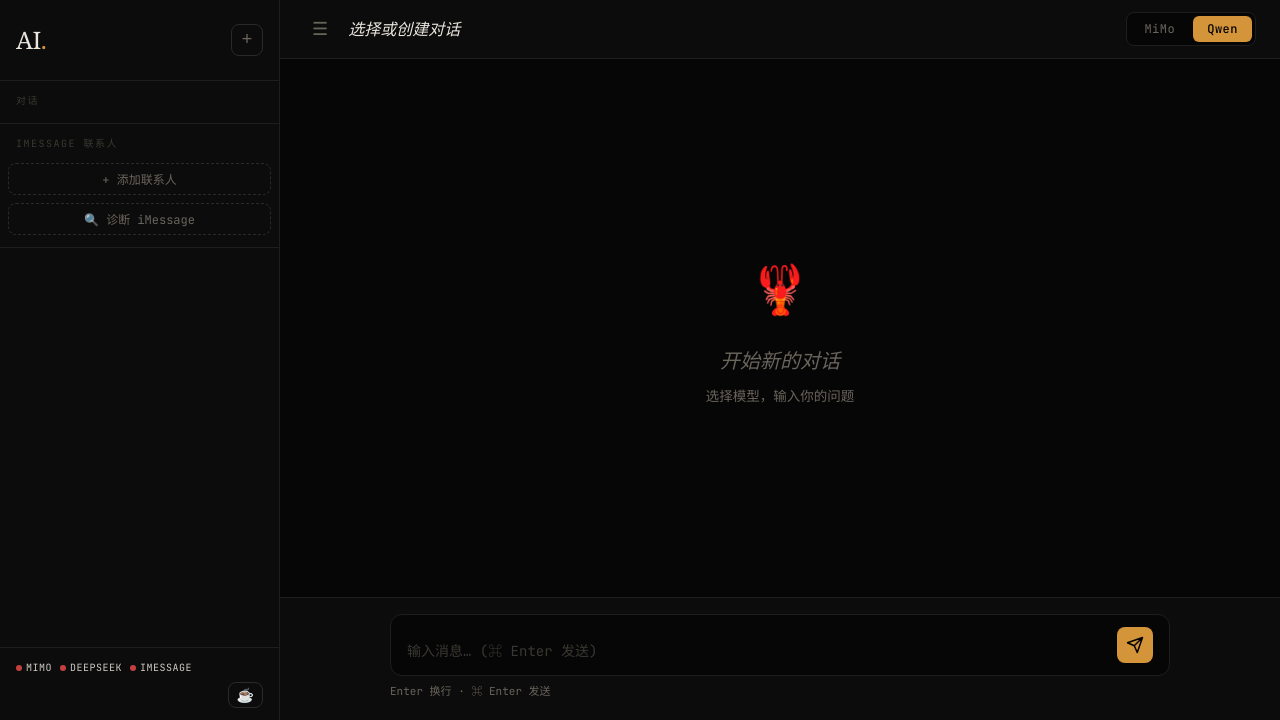
Repository: PenterZhang/Ai-Assistant-Localhost
Page: /
An editor plug-in stored every save of this project. The page is shown before and after the next save, followed by the edit.
The browser window is 1280 px wide. The pictures show the whole page.
The page's requests for data from a server got no answer. Some web fonts or font styles are not loaded; a fallback is used. The project was rebuilt for these pictures with package versions that can differ from the ones it lists, and the page was loaded fresh each time. No one was signed in, and anything a server would have sent is missing. Also part of the build but not shown: vite.config.ts, src/components/CodeBlock.tsx, src/components/MessageBubble.tsx, src/components/AddContactModal.tsx.

Above is the page before, as saved 2026-04-30 15:26:50.

### index.html
<!DOCTYPE html>
<html lang="zh-CN">
<head>
    <meta charset="UTF-8" />
    <meta name="viewport" content="width=device-width, initial-scale=1.0" />
    <title>AI Assistant</title>
    <link rel="icon" type="image/x-icon" href="/favicon.ico" />
    <link rel="preconnect" href="https://fonts.googleapis.com" />
    <link href="https://fonts.googleapis.com/css2?family=JetBrains+Mono:wght@300;400;500;600&family=Instrument+Serif:ital@0;1&display=swap" rel="stylesheet" />
</head>
<body>
    <div id="root"></div>
    <script type="module" src="/src/main.tsx"></script>
</body>
</html>

### src/main.tsx
import { createRoot } from "react-dom/client";
import App from "./App";

createRoot(document.getElementById("root")!).render(<App />);

### src/App.tsx
import { useState, useCallback } from "react";
import { Sidebar } from "./components/Sidebar";
import { ChatArea } from "./components/ChatArea";
import { AddContactModal } from "./components/AddContactModal";
import { useSessions } from "./hooks/useSessions";
import { useChat } from "./hooks/useChat";
import { useIMessage } from "./hooks/useIMessage";
import { useHealth } from "./hooks/useHealth";
import { api } from "./api";
import "./App.css";

export default function App() {
    const [model, setModel] = useState("qwen");
    const [sidebarOpen, setSidebarOpen] = useState(true);
    const [showContactModal, setShowContactModal] = useState(false);
    const [sleepActive, setSleepActive] = useState(false);

    const { sessions, currentId, create, select, remove, reload: reloadSessions } = useSessions();
    const { messages, streaming, send } = useChat(currentId, model);
    const { contacts, add: addContact, remove: removeContact } = useIMessage();
    const health = useHealth();

    const currentSession = sessions.find(s => s.id === currentId);
    const title = currentSession?.title || "选择或创建对话";

    const handleSend = useCallback(async (text: string) => {
        // ✅ 先确保有 sessionId，再调 send
        let sid = currentId;
        if (!sid) {
            const newSession = await create(model);
            sid = newSession.id;
        }
        if (!sid) return;
        await send(text, sid);
        await reloadSessions();
    }, [currentId, model, send, create, reloadSessions]);


    const handleNew = useCallback(async () => {
        await create(model);
    }, [model, create]);

    const handleToggleSleep = useCallback(async () => {
        const r = await api.sleep.toggle();
        setSleepActive(r.preventing);
    }, []);

    return (
        <div id="app">
            <Sidebar
                sessions={sessions}
                currentId={currentId}
                onSelect={select}
                onDelete={remove}
                onNew={handleNew}
                contacts={contacts}
                onAddContact={() => setShowContactModal(true)}
                onDeleteContact={removeContact}
                health={health}
                sleepActive={sleepActive}
                onToggleSleep={handleToggleSleep}
            />
            <ChatArea
                title={title}
                messages={messages}
                streaming={streaming}
                model={model}
                onModelChange={setModel}
                onSend={handleSend}
                onMenuToggle={() => setSidebarOpen(o => !o)}
            />
            {showContactModal && (
                <AddContactModal
                    onAdd={async (data) => { await addContact(data); setShowContactModal(false); }}
                    onClose={() => setShowContactModal(false)}
                />
            )}
        </div>
    );
}

### src/components/Sidebar.tsx
import type { Session, IMContact } from "../types";
import { useState } from "react";

interface Props {
    sessions: Session[];
    currentId: string | null;
    onSelect: (id: string) => void;
    onDelete: (id: string) => void;
    onNew: () => void;
    contacts: IMContact[];
    onAddContact: () => void;
    onDeleteContact: (handleId: string) => void;
    health: Record<string, boolean>;
    sleepActive: boolean;
    onToggleSleep: () => void;
}

export function Sidebar({
    sessions, currentId, onSelect, onDelete, onNew,
    contacts, onAddContact, onDeleteContact,
    health, sleepActive, onToggleSleep,
}: Props) {
    const [diagnosing, setDiagnosing] = useState(false);

    const handleDiagnose = async () => {
        setDiagnosing(true);
        try {
            const r = await fetch("/api/imessage/diagnose");
            const d = await r.json();
            alert(d.issues.join("\n"));
        } catch (e) {
            alert("诊断失败: " + (e as Error).message);
        } finally {
            setDiagnosing(false);
        }
    };

    return (
        <aside id="sidebar">
            <div className="sidebar-head">
                <h1 className="logo">AI<span className="dot">.</span></h1>
                <button id="btn-new" onClick={onNew} title="新对话">+</button>
            </div>

            <div className="sidebar-section">
                <div className="section-label">对话</div>
                <div className="sessions">
                    {sessions.map(s => (
                        <div key={s.id} className={`si${currentId === s.id ? " on" : ""}`} onClick={() => onSelect(s.id)}>
                            <span className="t">{s.title}</span>
                            {s.source === "imessage" && <span className="badge-im">iMsg</span>}
                            <button className="xd" onClick={e => { e.stopPropagation(); onDelete(s.id); }}>×</button>
                        </div>
                    ))}
                </div>
            </div>

            <div className="sidebar-section">
                <div className="section-label">iMessage 联系人</div>
                <div className="contacts">
                    {contacts.map(c => (
                        <div key={c.handle_id} className="ci">
                            <span className="t">{c.name || c.handle_id}</span>
                            <span className={`badge ${c.auto_reply ? "on" : "off"}`}>
                                {c.auto_reply ? "自动" : "静默"}
                            </span>
                            <button className="xd" onClick={() => onDeleteContact(c.handle_id)}>×</button>
                        </div>
                    ))}
                </div>
                <button className="btn-sm" onClick={onAddContact}>+ 添加联系人</button>
                <button
                    className="btn-sm"
                    onClick={handleDiagnose}
                    disabled={diagnosing}
                    style={{ marginTop: 4 }}
                >
                    {diagnosing ? "诊断中..." : "🔍 诊断 iMessage"}
                </button>
            </div>

            <div className="sidebar-foot">
                <div className="health">
                    {Object.entries(health).map(([k, v]) => (
                        <span key={k}><i className={`dot-s ${v ? "ok" : "err"}`} />{k}</span>
                    ))}
                </div>
                <div className="foot-row">
                    <div className="model-tag" />
                    <button
                        className={`btn-sleep${sleepActive ? " active" : ""}`}
                        onClick={onToggleSleep}
                        title="阻止系统休眠"
                    >
                        ☕
                    </button>
                </div>
            </div>
        </aside>
    );
}

### src/components/ChatArea.tsx
import { useRef, useEffect } from "react";
import type { Message } from "../types";
import { MessageBubble } from "./MessageBubble";
import { InputBar } from "./InputBar";

interface Props {
    title: string;
    messages: Message[];
    streaming: boolean;
    model: string;
    onModelChange: (m: string) => void;
    onSend: (text: string) => void;
    onMenuToggle: () => void;
}

export function ChatArea({ title, messages, streaming, model, onModelChange, onSend, onMenuToggle }: Props) {
    const msgsRef = useRef<HTMLDivElement>(null);
    const autoScroll = useRef(true);

    const handleScroll = () => {
        const el = msgsRef.current;
        if (!el) return;
        autoScroll.current = el.scrollHeight - el.scrollTop - el.clientHeight < 100;
    };

    useEffect(() => {
        if (autoScroll.current && msgsRef.current) {
            msgsRef.current.scrollTop = msgsRef.current.scrollHeight;
        }
    }, [messages]);

    return (
        <main id="main">
            <header id="header">
                <div className="h-left">
                    <button className="icon-btn" onClick={onMenuToggle}>☰</button>
                    <h2 id="title">{title}</h2>
                </div>
                <div className="h-right">
                    <div className="switcher">
                        {(["mimo", "qwen"] as const).map(m => (
                            <button
                                key={m}
                                className={`sw${model === m ? " on" : ""}`}
                                onClick={() => onModelChange(m)}
                            >
                                {m === "mimo" ? "MiMo" : "Qwen"}
                            </button>
                        ))}
                    </div>
                </div>
            </header>

            <div className="msgs" ref={msgsRef} onScroll={handleScroll}>
                {messages.length === 0 ? (
                    <div className="empty">
                        <div className="empty-icon">🦞</div>
                        <p>开始新的对话</p>
                        <span className="muted">选择模型，输入你的问题</span>
                    </div>
                ) : (
                    messages.map(m => (
                        <MessageBubble
                            key={m.id}
                            message={m}
                            isStreaming={streaming && m.role === "assistant" && m === messages[messages.length - 1]}
                        />
                    ))
                )}
            </div>

            <InputBar onSend={onSend} disabled={streaming} />
        </main>
    );
}

### src/hooks/useSessions.ts
import { useState, useEffect, useCallback } from "react";
import type { Session } from "../types";
import { api } from "../api";

export function useSessions() {
  const [sessions, setSessions] = useState<Session[]>([]);
  const [currentId, setCurrentId] = useState<string | null>(null);

  const reload = useCallback(async () => {
    const list = await api.sessions.list();
    setSessions(list);
    return list;
  }, []);

  useEffect(() => { reload(); }, [reload]);

  const create = useCallback(async (model: string) => {
    const s = await api.sessions.create(model);
    const list = await reload();
    setCurrentId(s.id);
    return s;
  }, [reload]);

  const select = useCallback((id: string) => setCurrentId(id), []);

  const remove = useCallback(async (id: string) => {
    await api.sessions.delete(id);
    if (currentId === id) setCurrentId(null);
    await reload();
  }, [currentId, reload]);

  const update = useCallback(async (id: string, data: Partial<Session>) => {
    await api.sessions.update(id, data);
    await reload();
  }, [reload]);

  return { sessions, currentId, create, select, remove, update, reload };
}

### src/hooks/useChat.ts
import { useState, useEffect, useCallback, useRef } from "react";
import type { Message } from "../types";
import { api } from "../api";

export function useChat(sessionId: string | null, model: string) {
    const [messages, setMessages] = useState<Message[]>([]);
    const [streaming, setStreaming] = useState(false);
    const streamingRef = useRef(false);

    useEffect(() => {
        if (!sessionId) {
            setMessages([]);
            return;
        }
        if (streamingRef.current) return; // ← 加这一行
        api.messages.list(sessionId).then(setMessages);
    }, [sessionId]);

    // ✅ send 现在接受一个可选的 targetSessionId
    const send = useCallback(
        async (text: string, targetSessionId?: string) => {
            const sid = targetSessionId || sessionId;
            if (!sid || streamingRef.current) return;

            streamingRef.current = true;
            setStreaming(true);

            const userMsg: Message = {
                id: crypto.randomUUID(),
                session_id: sid,
                role: "user",
                content: text,
                model: null,
                created_at: Date.now() / 1000,
            };
            const assistantMsg: Message = {
                id: crypto.randomUUID(),
                session_id: sid,
                role: "assistant",
                content: "",
                model,
                created_at: Date.now() / 1000,
            };
            setMessages((prev) => [...prev, userMsg, assistantMsg]);

            try {
                const resp = await api.chat(sid, text, model);
                const reader = resp.body!.getReader();
                const dec = new TextDecoder();
                let buf = "";
                let full = "";

                while (true) {
                    const { done, value } = await reader.read();
                    if (done) break;
                    buf += dec.decode(value, { stream: true });
                    const lines = buf.split("\n");
                    buf = lines.pop() || "";
                    for (const line of lines) {
                        if (!line.startsWith("data: ")) continue;
                        const d = line.slice(6).trim();
                        if (d === "[DONE]") continue;
                        try {
                            const p = JSON.parse(d);
                            if (p.content) {
                                full += p.content;
                                setMessages((prev) => {
                                    const arr = [...prev];
                                    const last = arr.length - 1;
                                    if (arr[last]?.role === "assistant") {
                                        arr[last] = {
                                            ...arr[last],
                                            content: full,
                                        };
                                    }
                                    return arr;
                                });
                            }
                        } catch {}
                    }
                }
            } catch (e) {
                setMessages((prev) => {
                    const arr = [...prev];
                    const last = arr.length - 1;
                    if (arr[last]?.role === "assistant") {
                        arr[last] = {
                            ...arr[last],
                            content: `[Error] ${(e as Error).message}`,
                        };
                    }
                    return arr;
                });
            } finally {
                streamingRef.current = false;
                setStreaming(false);
            }
        },
        [sessionId, model],
    );

    return { messages, streaming, send, setMessages };
}

### src/hooks/useIMessage.ts
import { useState, useEffect, useCallback } from "react";
import type { IMContact } from "../types";
import { api } from "../api";

export function useIMessage() {
  const [contacts, setContacts] = useState<IMContact[]>([]);

  const reload = useCallback(async () => {
    try { setContacts(await api.contacts.list()); } catch { setContacts([]); }
  }, []);

  useEffect(() => { reload(); }, [reload]);

  const add = useCallback(async (data: { handle_id: string; name?: string; trigger_mode?: string }) => {
    await api.contacts.add(data);
    await reload();
  }, [reload]);

  const remove = useCallback(async (handleId: string) => {
    await api.contacts.delete(handleId);
    await reload();
  }, [reload]);

  return { contacts, add, remove, reload };
}

### src/hooks/useHealth.ts
import { useState, useEffect } from "react";
import { api } from "../api";

export function useHealth(intervalMs = 30_000) {
  const [health, setHealth] = useState<Record<string, boolean>>({});

  useEffect(() => {
    const check = async () => {
      try { setHealth(await api.health()); }
      catch { setHealth({ mimo: false, deepseek: false, imessage: false }); }
    };
    check();
    const id = setInterval(check, intervalMs);
    return () => clearInterval(id);
  }, [intervalMs]);

  return health;
}

### src/api.ts
import type { Session, Message, IMContact, ModelInfo } from "./types";

const json = { "Content-Type": "application/json" };

export const api = {
  health: () => fetch("/api/health").then<Record<string, boolean>>(r => r.json()),
  models: () => fetch("/api/models").then<ModelInfo[]>(r => r.json()),

  sessions: {
    list: () => fetch("/api/sessions").then<Session[]>(r => r.json()),
    create: (model: string) =>
      fetch("/api/sessions", { method: "POST", headers: json, body: JSON.stringify({ model }) }).then<Session>(r => r.json()),
    update: (id: string, data: Partial<Session>) =>
      fetch(`/api/sessions/${id}`, { method: "PUT", headers: json, body: JSON.stringify(data) }),
    delete: (id: string) => fetch(`/api/sessions/${id}`, { method: "DELETE" }),
  },

  messages: {
    list: (sessionId: string) =>
      fetch(`/api/sessions/${sessionId}/messages`).then<Message[]>(r => r.json()),
  },

  chat: (sessionId: string, message: string, model: string) =>
    fetch("/api/chat", {
      method: "POST",
      headers: json,
      body: JSON.stringify({ session_id: sessionId, message, model }),
    }),

  contacts: {
    list: () => fetch("/api/imessage/contacts").then<IMContact[]>(r => r.json()),
    add: (data: { handle_id: string; name?: string; trigger_mode?: string }) =>
      fetch("/api/imessage/contacts", { method: "POST", headers: json, body: JSON.stringify(data) }),
    delete: (handleId: string) =>
      fetch(`/api/imessage/contacts/${encodeURIComponent(handleId)}`, { method: "DELETE" }),
  },

  sleep: {
    toggle: () => fetch("/api/sleep/toggle", { method: "POST" }).then<{ preventing: boolean }>(r => r.json()),
  },
};

### src/components/InputBar.tsx
import { useRef, useCallback } from "react";

interface Props {
  onSend: (text: string) => void;
  disabled: boolean;
}

export function InputBar({ onSend, disabled }: Props) {
  const ref = useRef<HTMLTextAreaElement>(null);

  const handleSend = useCallback(() => {
    const text = ref.current?.value.trim();
    if (!text || disabled) return;
    if (ref.current) { ref.current.value = ""; ref.current.style.height = "auto"; }
    onSend(text);
  }, [onSend, disabled]);

  const handleKey = useCallback((e: React.KeyboardEvent) => {
    if (e.key === "Enter" && (e.metaKey || e.ctrlKey)) { e.preventDefault(); handleSend(); }
  }, [handleSend]);

  const handleInput = useCallback(() => {
    const el = ref.current;
    if (el) { el.style.height = "auto"; el.style.height = Math.min(el.scrollHeight, 200) + "px"; }
  }, []);

  return (
    <div className="input-bar">
      <div className="input-wrap">
        <textarea
          ref={ref}
          placeholder="输入消息… (⌘ Enter 发送)"
          rows={1}
          onKeyDown={handleKey}
          onInput={handleInput}
          disabled={disabled}
        />
        <button onClick={handleSend} disabled={disabled} title="发送">
          <svg width="18" height="18" viewBox="0 0 24 24" fill="none" stroke="currentColor" strokeWidth="2" strokeLinecap="round" strokeLinejoin="round">
            <path d="M22 2L11 13M22 2l-7 20-4-9-9-4 20-7z" />
          </svg>
        </button>
      </div>
      <div className="input-hint muted">Enter 换行 · ⌘ Enter 发送</div>
    </div>
  );
}

Loaded but not shown: src/App.css (156 lines, source omitted)

After the next save:
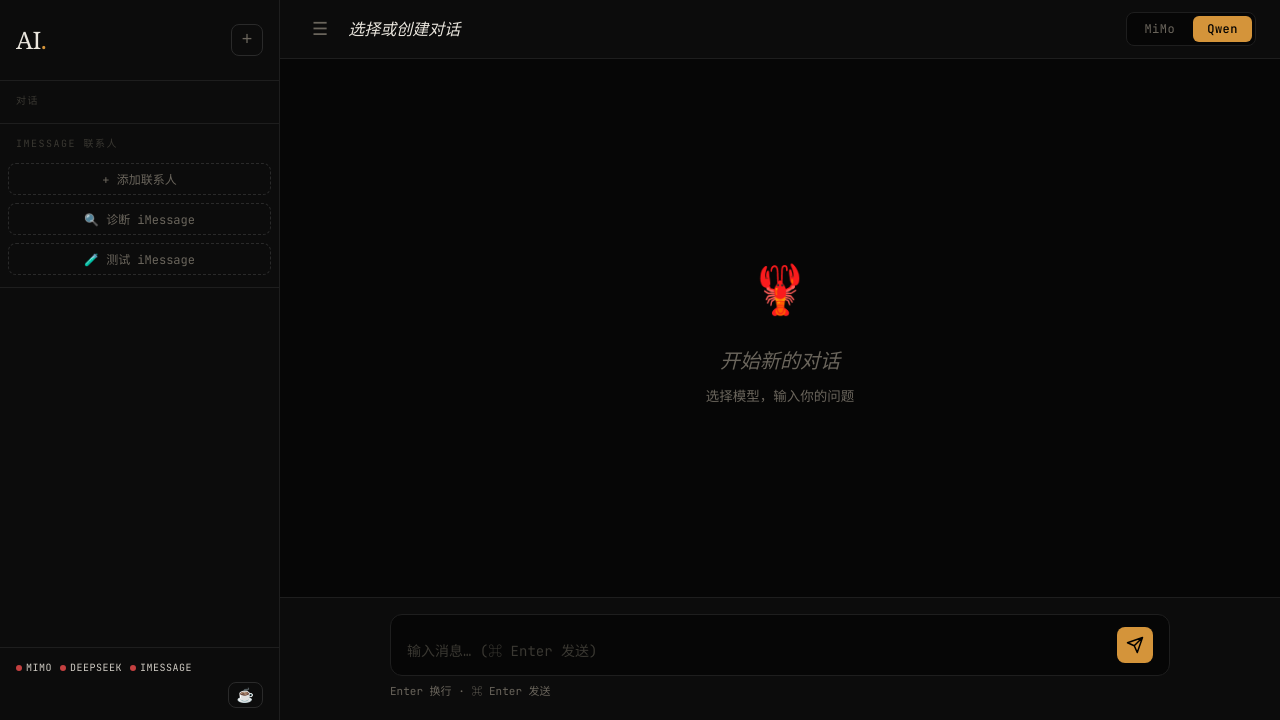
Saved 19 s later.
--- a/src/components/Sidebar.tsx
+++ b/src/components/Sidebar.tsx
@@ -21,6 +21,7 @@ export function Sidebar({
     health, sleepActive, onToggleSleep,
 }: Props) {
     const [diagnosing, setDiagnosing] = useState(false);
+    const [testing, setTesting] = useState(false);
 
     const handleDiagnose = async () => {
         setDiagnosing(true);
@@ -32,6 +33,29 @@ export function Sidebar({
             alert("诊断失败: " + (e as Error).message);
         } finally {
             setDiagnosing(false);
+        }
+    };
+
+    const handleTest = async () => {
+        const handle = prompt("输入联系人的 iMessage 地址（和添加联系人时填的一样）:");
+        if (!handle) return;
+        setTesting(true);
+        try {
+            const r = await fetch("/api/imessage/test", {
+                method: "POST",
+                headers: { "Content-Type": "application/json" },
+                body: JSON.stringify({ handle }),
+            });
+            const d = await r.json();
+            if (d.error) {
+                alert("错误: " + d.error);
+            } else {
+                alert(`AI 回复:\n${d.reply}\n\n已发送到 ${handle}: ${d.sent ? "成功 ✓" : "失败 ✗"}`);
+            }
+        } catch (e) {
+            alert("测试失败: " + (e as Error).message);
+        } finally {
+            setTesting(false);
         }
     };
 
@@ -69,13 +93,11 @@ export function Sidebar({
                     ))}
                 </div>
                 <button className="btn-sm" onClick={onAddContact}>+ 添加联系人</button>
-                <button
-                    className="btn-sm"
-                    onClick={handleDiagnose}
-                    disabled={diagnosing}
-                    style={{ marginTop: 4 }}
-                >
+                <button className="btn-sm" onClick={handleDiagnose} disabled={diagnosing} style={{ marginTop: 4 }}>
                     {diagnosing ? "诊断中..." : "🔍 诊断 iMessage"}
+                </button>
+                <button className="btn-sm" onClick={handleTest} disabled={testing} style={{ marginTop: 4 }}>
+                    {testing ? "测试中..." : "🧪 测试 iMessage"}
                 </button>
             </div>
 
